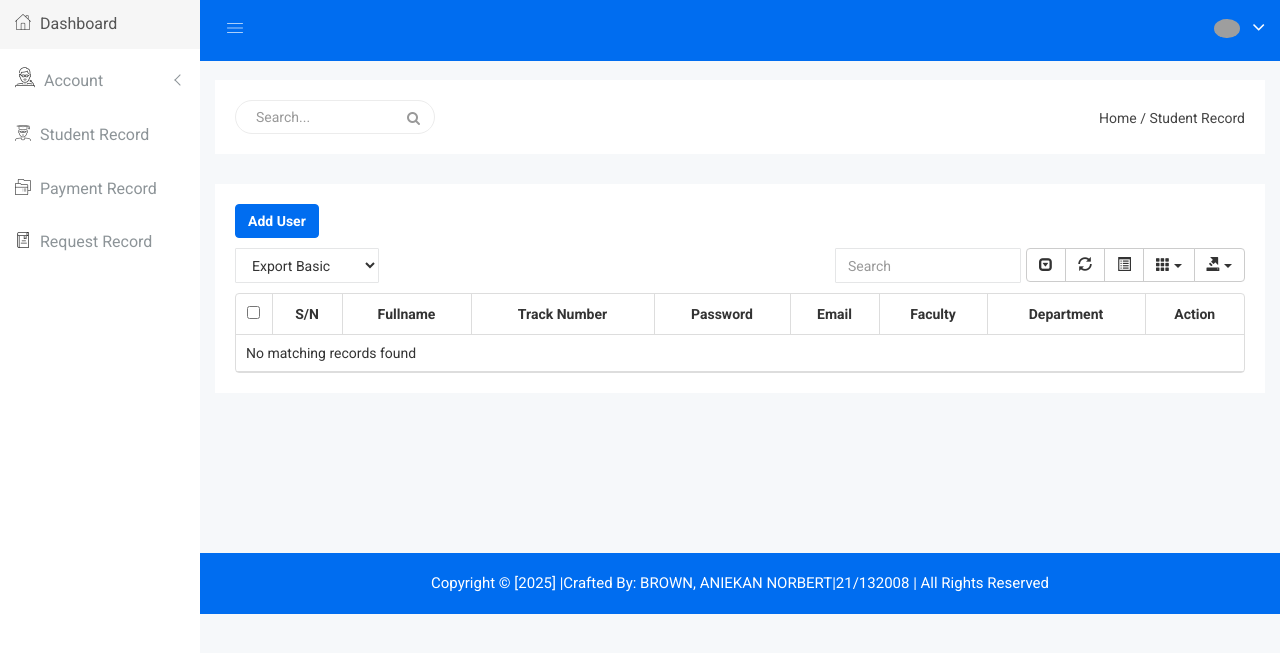
Repository: walterjnr1/crowdfunding-system
Page: http://localhost/crowdfunding/Admin/student_record.php
These files come from the project's save history. The page is drawn as it stood at one moment and after a run of saves; the edit follows.
The browser window is 1280 px wide. The pictures show the whole page.
Pictures or frames that could not be fetched are drawn as grey boxes. The page is run by PHP 8.4 with error messages shown; the project is at /var/www/html/. The session is filled in as if someone had signed in: {"login_email": "test@example.com", "logged": 1741212879}. Queries for data that is not in the repository find no rows.

Above is the page before, as saved 2025-03-05 23:04:01.
Console error (its wording comes from the project's code and is left out).

After the next 2 saves:
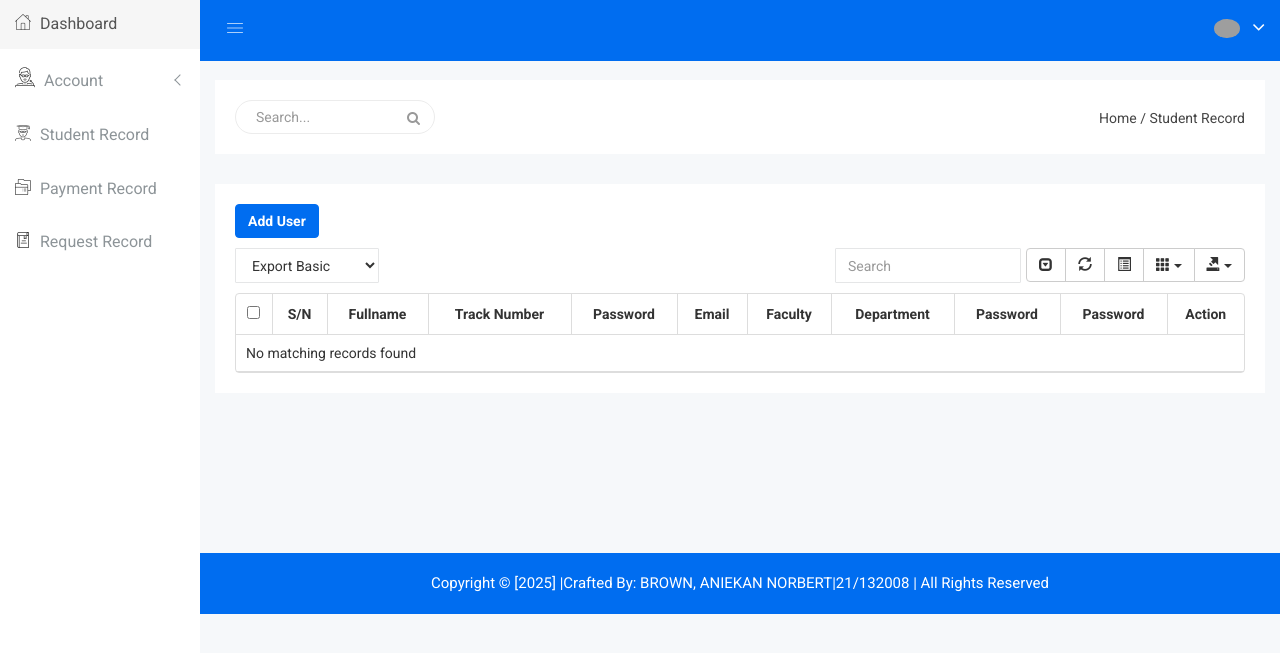
The 2 saves are shown as one change because they came seconds apart.
The last was saved 14 s later.
--- a/Admin/student_record.php
+++ b/Admin/student_record.php
@@ -168,6 +168,8 @@ else {return false;
                                                 <th data-field="email" data-editable="true"><div align="center">Email</div></th>
                                                 <th data-field="role" data-editable="true"><div align="center">Faculty</div></th>
                                                 <th data-field="status" data-editable="true"><div align="center">Department</div></th>
+                                                <th data-field="password" data-editable="true"><div align="center">Password</div></th>
+                                                <th data-field="password" data-editable="true"><div align="center">Password</div></th>
 
                                                 <th data-field="action"><div align="center">Action</div></th>
                                             </tr>
